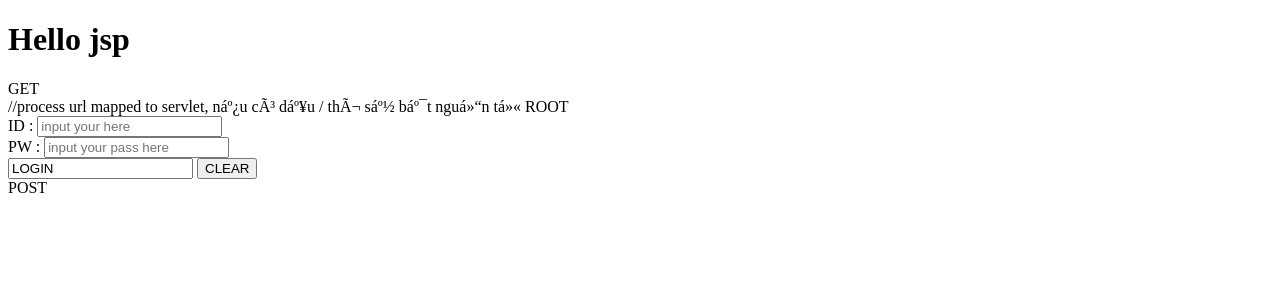
Repository: Vipper105/Restaurant_project
Page: webShop/WebContent/index.html
An editor plug-in stored every save of this project. The page is shown before and after the next save, followed by the edit.
The browser window is 1280 px wide. The pictures show the whole page.

Above is the page before, as saved 2020-08-10 09:24:49.

After the next save:
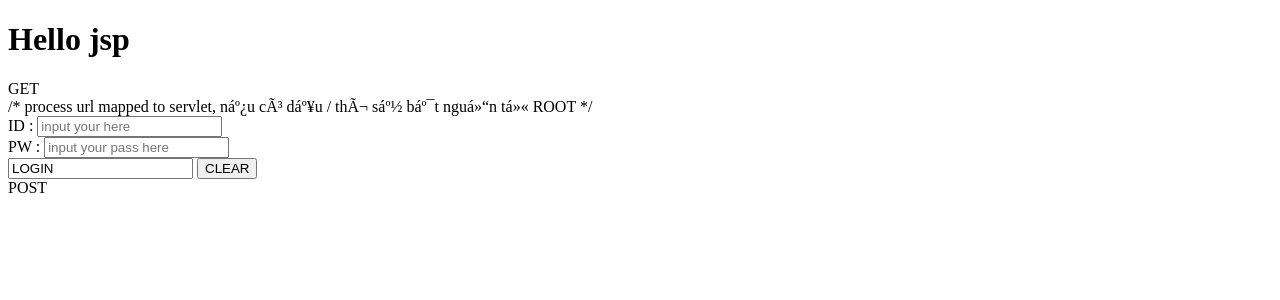
Saved 3 min 11 s later.
--- a/webShop/WebContent/index.html
+++ b/webShop/WebContent/index.html
@@ -10,7 +10,7 @@
 
 <div>
 	GET <br/>
-	//process url mapped to servlet, nếu có dấu / thì sẽ bắt nguồn từ ROOT
+	/* process url mapped to servlet, nếu có dấu / thì sẽ bắt nguồn từ ROOT */
 	<form method="get" action="/login">
 		ID : <input type="text" name="uname" placeholder="input your here">
 		<br/>
